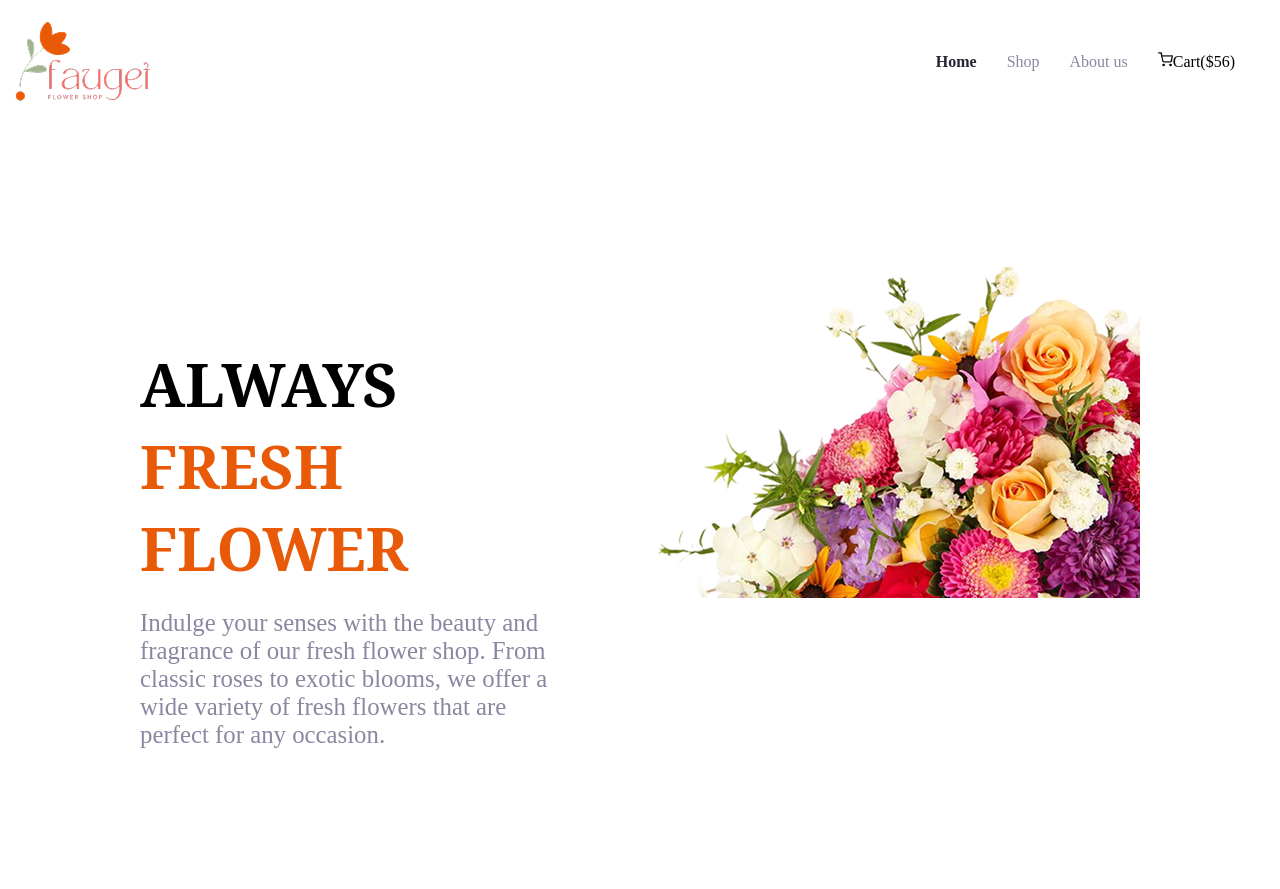
Repository: dollyrakhe22/Flowers-main-website
Page: index.html
These files come from the project's save history. The page is drawn as it stood at one moment and after the next save; the edit follows.
The browser window is 1280 px wide. The pictures show the whole page.
Some web libraries are served in a nearby version.

Above is the page before, as saved 2025-07-24 00:36:26.

### index.html
<!DOCTYPE html>
<html lang="en">
<head>
    <meta charset="UTF-8">
    <meta name="viewport" content="width=device-width, initial-scale=1.0">
    <title>Flowers Site</title>
    <link rel="stylesheet" href="style.css">
    <link rel="stylesheet" href="https://cdnjs.cloudflare.com/ajax/libs/font-awesome/7.0.0/css/all.min.css" integrity="sha512-DxV+EoADOkOygM4IR9yXP8Sb2qwgidEmeqAEmDKIOfPRQZOWbXCzLC6vjbZyy0vPisbH2SyW27+ddLVCN+OMzQ==" crossorigin="anonymous" referrerpolicy="no-referrer" />
</head>
<body >
    <header>
           <nav class="nav-bar display-flex">
                <img src="assets/logo.png" alt="" srcset="">


              <ul class="list-link display-flex">
                <li class="list-item text-black ">Home</li>
                <li class="list-item text-gray">Shop</li>
                <li class="list-item text-gray">About us</li>
                <li class="list-item"><img src="assets/shopping-cart (1).jpg" alt="" srcset=""width="15px" height="15px">Cart($56)</li>
             </ul>
           </nav>
 <!--Fresh Flowers-->
 <section class="flower-section display-flex">
  <div class="fresh-flower">
   <h1 class="flower-title noto-serif-normal">ALWAYS <span class="primary-color">FRESH<br> FLOWER</span></h1>
   <p class="flower-description text-gray">Indulge your senses with the beauty and fragrance of our fresh flower shop. From classic roses to exotic blooms,
     we offer a wide variety of fresh flowers that are perfect for any occasion. </p>
  </div>
  <div class="flower-img">
    <img src="assets/hero-flower.png" alt="" srcset="">
  </div>



 </section>











    </header>
    <main>

    </main>
    <footer>

    </footer>
</body>
</html>

### style.css
@import url('https://fonts.googleapis.com/css2?family=Noto+Serif:ital,wght@0,100..900;1,100..900&display=swap');

*{
    box-sizing: border-box;
    margin: 0;
    padding: 0;
}

.noto-serif-normal{
  font-family: "Noto Serif", serif;
  font-optical-sizing: auto;
  font-style: normal;

}
/*shared style*/
.display-flex{
    display: flex;
}
/*black*/
.text-black{
    color:#252432;
    font-weight: bold;
}
/*dark 02*/
.text-gray{
    color: #8987A1;
}
.primary-color{
    color:#E95A08;
}
/*navbar start*/
.nav-bar{
   justify-content: space-between;
   margin: 20px auto;
   max-width: 1250px;




}
.list-link{
    justify-items: center;
    justify-content: center;
    align-items: center;



}
nav ul li{
    list-style: none;
    margin-right: 30px;
}

/*Fresh Flower*/
.fresh-flower{
    margin-top: 100px;
}
.flower-section{
    max-width: 100%;
   margin: 140px;
   gap: 10px;
}
.flower-title{
      font-size: 3.75rem;
}
.flower-description{
    font-size: 1.55rem;
    margin-top: 20px;
}

After the next save:
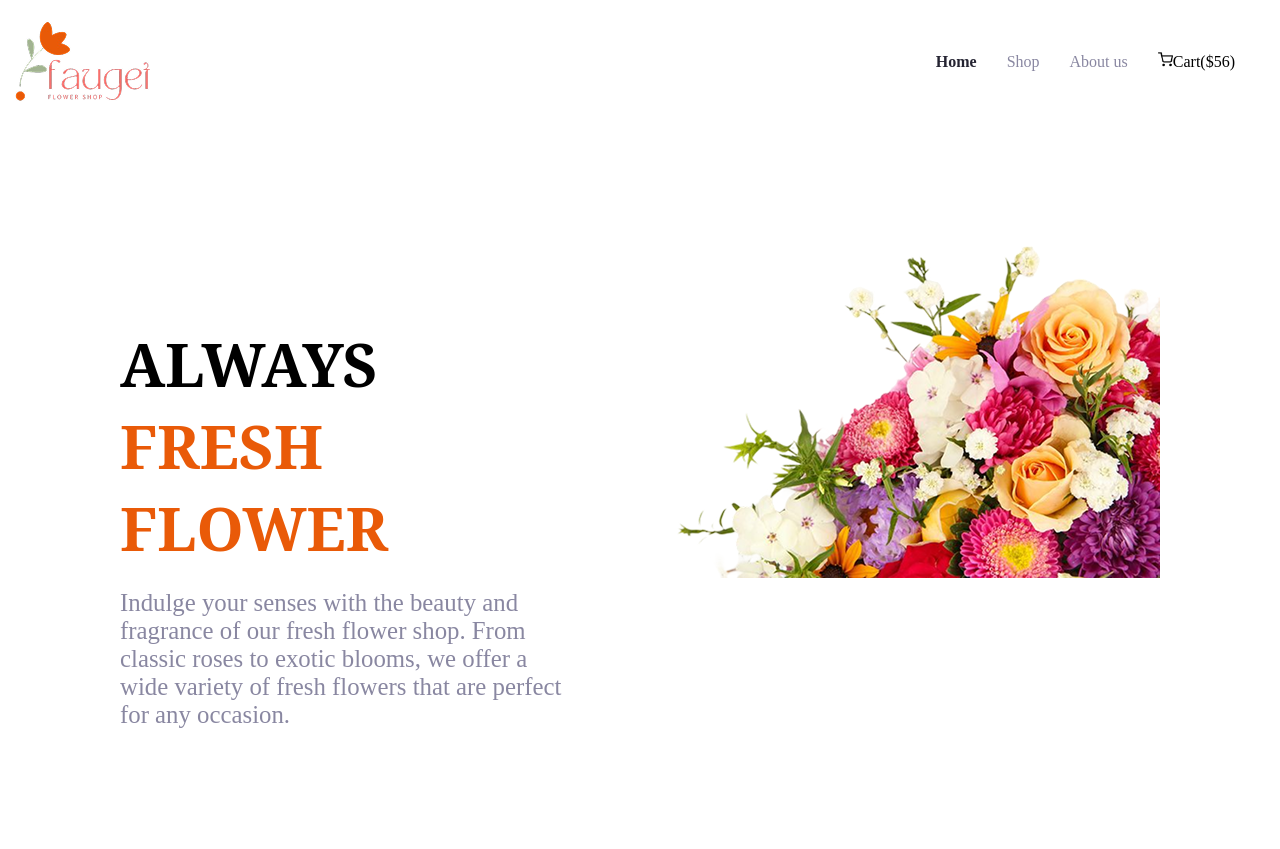
Saved 17 s later.
--- a/style.css
+++ b/style.css
@@ -57,7 +57,7 @@
 }
 .flower-section{
     max-width: 100%;
-   margin: 140px;
+   margin: 120px;
    gap: 10px;
 }
 .flower-title{

After the save that followed:
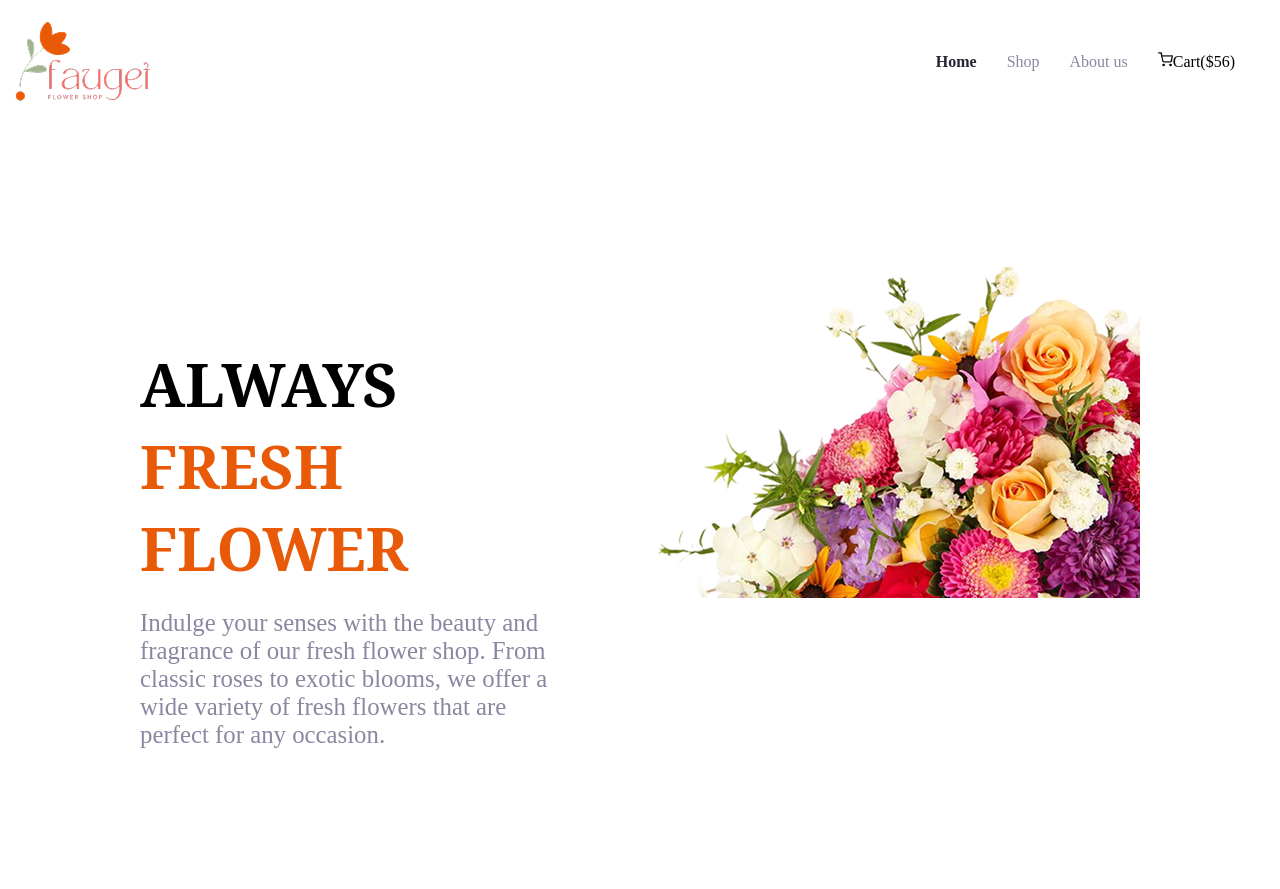
Saved 21 s later.
--- a/style.css
+++ b/style.css
@@ -57,7 +57,7 @@
 }
 .flower-section{
     max-width: 100%;
-   margin: 120px;
+   margin: 140px;
    gap: 10px;
 }
 .flower-title{
